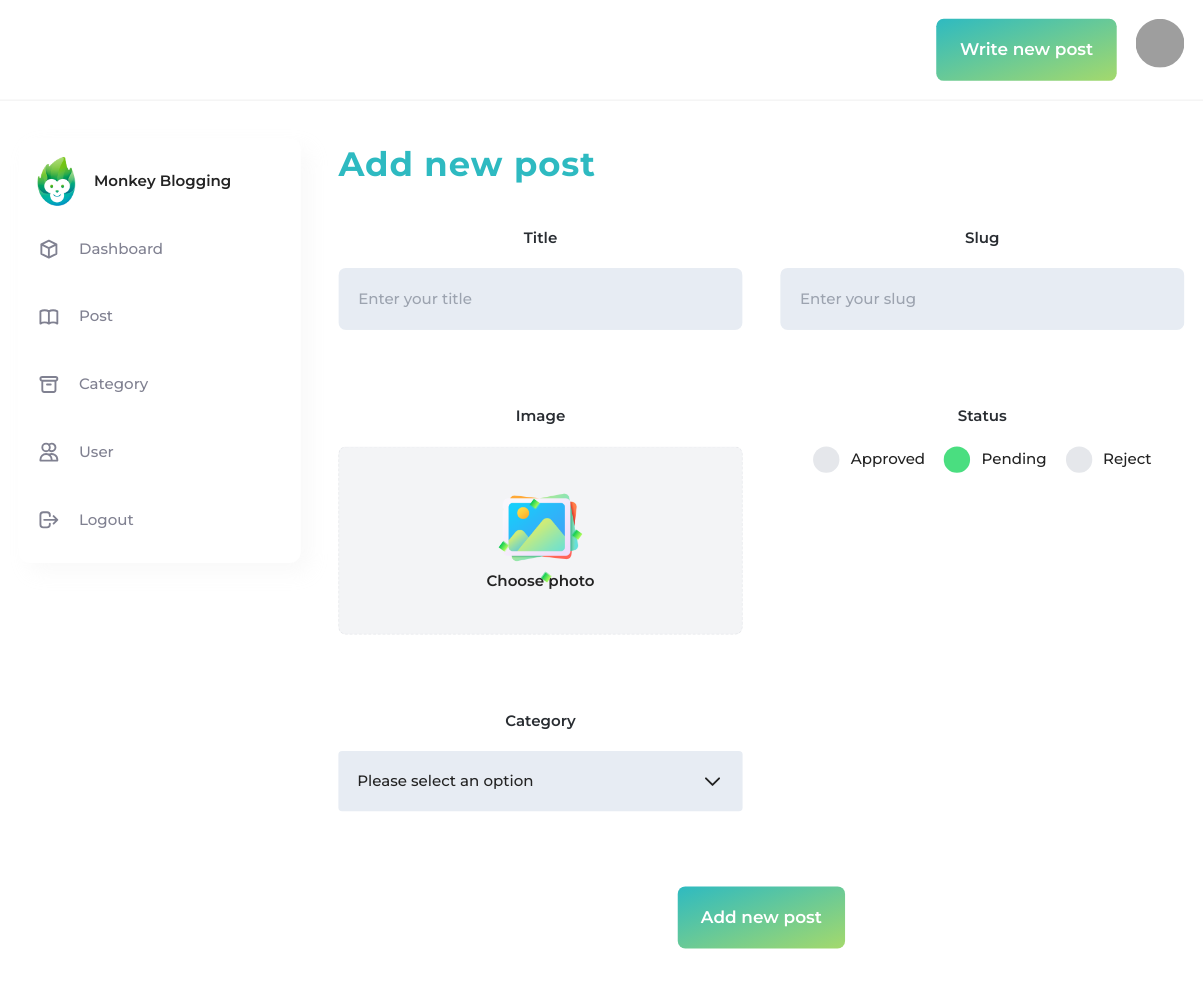
Repository: ThanhPhongsof/react-course-projects
Page: /manage/add-post (app in react-monkey-bloging/)
These files come from the project's save history. The page is drawn as it stood at one moment and after the next save; the edit follows.
The browser window is 1280 px wide. The pictures show the whole page, at 94% of full size.
Pictures or frames that could not be fetched are drawn as grey boxes. The project was rebuilt for these pictures with package versions that can differ from the ones it lists, and the page was loaded fresh each time. Also part of the build but not shown: react-monkey-bloging/src/page/AuthenticationPage.js, react-monkey-bloging/src/components/icon/IconEyeOpen.js, react-monkey-bloging/src/components/icon/IconEyeClose.js, react-monkey-bloging/src/components/icon/index.js, react-monkey-bloging/src/components/input/InputPasswordToggle.js, react-monkey-bloging/src/page/SignUpPage.js, react-monkey-bloging/src/page/SignInPage.js, react-monkey-bloging/src/components/layout/Header.js and 21 more. Imported but missing from the stored project, and not drawn on this page: react-monkey-bloging/src/components/loading/LoadingSpinner, react-monkey-bloging/src/module/post/PostMeta.

Above is the page before, as saved 2022-05-09 15:25:00.

### react-monkey-bloging/public/index.html
<!DOCTYPE html>
<html lang="en">
  <head>
    <meta charset="utf-8" />
    <link rel="icon" href="%PUBLIC_URL%/favicon.ico" />
    <meta name="viewport" content="width=device-width, initial-scale=1" />
    <meta name="theme-color" content="#000000" />
    <meta
      name="description"
      content="Web site created using create-react-app"
    />
    <link rel="apple-touch-icon" />

    <link rel="manifest" href="%PUBLIC_URL%/manifest.json" />
    <link rel="preconnect" href="https://fonts.googleapis.com" />
    <link rel="preconnect" href="https://fonts.gstatic.com" crossorigin />
    <link
      href="https://fonts.googleapis.com/css2?family=Montserrat:wght@400;500;600;700&display=swap"
      rel="stylesheet"
    />
    <title>Monkey Blogging App</title>
  </head>
  <body>
    <noscript>You need to enable JavaScript to run this app.</noscript>
    <div id="root"></div>
    <!--
      This HTML file is a template.
      If you open it directly in the browser, you will see an empty page.

      You can add webfonts, meta tags, or analytics to this file.
      The build step will place the bundled scripts into the <body> tag.

      To begin the development, run `npm start` or `yarn start`.
      To create a production bundle, use `npm run build` or `yarn build`.
    -->
  </body>
</html>

### react-monkey-bloging/src/index.js
import React from "react";
import "./styles/index.scss";
import App from "./App";
import reportWebVitals from "./reportWebVitals";
import { ThemeProvider } from "styled-components";
import { GlobalStyles } from "./styles/GlobalStyles";
import { theme } from "./utils/constants";
import { BrowserRouter } from "react-router-dom";
import { createRoot } from "react-dom/client";
import { ToastContainer } from "react-toastify";
import "react-toastify/dist/ReactToastify.css";
const container = document.getElementById("root");
const root = createRoot(container);

root.render(
  <React.StrictMode>
    <ThemeProvider theme={theme}>
      <GlobalStyles></GlobalStyles>
      <BrowserRouter>
        <App />
        <ToastContainer></ToastContainer>
      </BrowserRouter>
    </ThemeProvider>
  </React.StrictMode>
);

reportWebVitals();

### react-monkey-bloging/src/styles/index.scss
@tailwind base;
@tailwind components;
@tailwind utilities;
@import "reset";

@layer base {
  body {
    line-height: 1.5;
    // -webkit-font-smoothing: antialiased;
    -webkit-tap-highlight-color: rgba(0, 0, 0, 0);
    font-family: "Montserrat", sans-serif;
    font-size: 16px;
    color: #232323;
  }
}
.container {
  width: 100%;
  max-width: 1260px;
  margin: 0 auto;
  padding: 0 20px;
}
a {
  text-decoration: none;
  color: inherit;
}
.text-primary {
  color: #a4d96c;
}
.grid-layout {
  display: grid;
  grid-auto-columns: 235px;
  gap: 20px;
  -ms-overflow-style: none;
  scrollbar-width: none;
  &::-webkit-scrollbar {
    display: none;
  }
  @media screen and (min-width: 1024px) {
    grid-template-columns: repeat(3, minmax(0, 1fr));
    gap: 40px;
  }
  @media screen and (max-width: 1023.98px) {
    grid-auto-flow: column;
    scroll-snap-type: x mandatory;
    overflow-x: auto;
  }
  & > * {
    scroll-snap-align: start;
  }
  &--primary {
    grid-auto-columns: 220px;
    @media screen and (min-width: 1024px) {
      grid-template-columns: repeat(4, minmax(0, 1fr));
    }
  }
}
.home-block {
  padding-bottom: 40px;
  @media screen and (min-width: 1024px) {
    padding-bottom: 60px;
  }
}
.entry-content {
  font-size: 16px;
  h2,
  h3,
  h4 {
    font-weight: bold;
    margin-bottom: 20px;
  }
  h2 {
    font-size: 32px;
  }
  h3 {
    font-size: 26px;
  }
  h4 {
    font-size: 22px;
  }
  p {
    margin-bottom: 20px;
    line-height: 2;
  }
  figure {
    margin-bottom: 20px;
  }
  figure img {
    border-radius: 20px;
    margin-bottom: 10px;
  }
  figcaption {
    text-align: center;
    font-style: italic;
    font-size: 14px;
    color: #6b6b6b;
  }
  @media screen and (max-width: 1023.98px) {
    font-size: 14px;
    h2 {
      font-size: 26px;
    }
    h3 {
      font-size: 24px;
    }
    h4 {
      font-size: 20px;
    }
  }
}
.hidden-input {
  border: 0;
  clip: rect(0 0 0 0);
  height: 1px;
  margin: -1px;
  overflow: hidden;
  padding: 0;
  position: absolute;
  width: 1px;
  white-space: nowrap;
}

@keyframes spin {
  from {
    transform: rotate(0deg);
  }
  to {
    transform: rotate(360deg);
  }
}

### react-monkey-bloging/src/App.js
import { Route, Routes } from "react-router-dom";
import { AuthProvider } from "./contexts/auth-context";
import SignUpPage from "./page/SignUpPage";
import SignInPage from "page/SignInPage";
import HomePage from "page/HomePage";
import NotFoundPage from "page/NotFoundPage";
import PostDetailsPage from "page/PostDetailsPage";
import DashboardLayout from "module/dashboard/DashboardLayout";
import DashboardPage from "page/DashboardPage";
import PostManage from "module/post/PostManage";
import PostAddNew from "module/post/PostAddNew";

const App = () => {
  return (
    <div>
      <AuthProvider>
        <Routes>
          <Route path="/" element={<HomePage></HomePage>}></Route>
          <Route path="/sign-up" element={<SignUpPage></SignUpPage>}></Route>
          <Route path="/sign-in" element={<SignInPage></SignInPage>}></Route>
          <Route path="*" element={<NotFoundPage></NotFoundPage>}></Route>
          <Route
            path="/:slug"
            element={<PostDetailsPage></PostDetailsPage>}
          ></Route>
          <Route element={<DashboardLayout></DashboardLayout>}>
            <Route
              path="/dashboard"
              element={<DashboardPage></DashboardPage>}
            ></Route>
            <Route
              path="/manage/post"
              element={<PostManage></PostManage>}
            ></Route>
            <Route
              path="/manage/add-post"
              element={<PostAddNew></PostAddNew>}
            ></Route>
          </Route>
        </Routes>
      </AuthProvider>
    </div>
  );
};

export default App;

### react-monkey-bloging/src/utils/constants.js
export const theme = {
  primary: "#2EBAC1",
  secondary: "#A4D96C",
  grayDark: "#292D32",
  grayLight: "#E7ECF3",
  grayScale: "#6B6B6B",
  tertiary: "#3A1097",
  accent: "#00D1ED",
  purpleLight: "#F3EDFF",
  gray23: "#232323",
  gray80: "#808191",
};

export const postStatus = {
  APPROVED: 1,
  PENDING: 2,
  REJECTED: 3,
};

### react-monkey-bloging/src/styles/_reset.scss
* {
  margin: 0;
  padding: 0;
}
img,
picture,
video,
canvas,
svg {
  display: block;
  max-width: 100%;
}
input,
button,
textarea,
select {
  font: inherit;
  outline: none;
  border: none;
}
p,
h1,
h2,
h3,
h4,
h5,
h6 {
  overflow-wrap: break-word;
}

### react-monkey-bloging/src/contexts/auth-context.js
import { auth } from "firebase-app/firebase-config";
import { onAuthStateChanged } from "firebase/auth";
import { createContext, useContext, useEffect, useState } from "react";

const AuthContext = createContext();

const AuthProvider = (props) => {
  const [userInfo, setUserInfo] = useState({});
  const value = { userInfo, setUserInfo };
  useEffect(() => {
    onAuthStateChanged(auth, (user) => {
      setUserInfo(user);
    });
  }, []);
  return <AuthContext.Provider {...props} value={value}></AuthContext.Provider>;
};

const useAuth = () => {
  const context = useContext(AuthContext);
  if (typeof context === "undefined")
    throw new Error("useAuth must be used within AuthProvider");
  return context;
};

export { useAuth, AuthProvider };

### react-monkey-bloging/src/module/dashboard/DashboardLayout.js
import React from "react";
import { Outlet } from "react-router-dom";
import styled from "styled-components";
import DashboardHeader from "./DashboardHeader";
import Sidebar from "./Sidebar";

const DashboardLayoutStyles = styled.div`
  max-width: 1600px;
  margin: 0 auto;
  .dashboard {
    &-heading {
      font-weight: bold;
      font-size: 36px;
      margin-bottom: 40px;
      color: ${(props) => props.theme.primary};
      letter-spacing: 1px;
    }
    &-main {
      display: grid;
      grid-template-columns: 300px minmax(0, 1fr);
      padding: 40px 20px;
      gap: 0 40px;
      align-items: start;
    }
  }
`;

const DashboardLayout = () => {
  return (
    <DashboardLayoutStyles>
      <DashboardHeader></DashboardHeader>
      <div className="dashboard-main">
        <Sidebar></Sidebar>
        <div className="dashboard-children">
          <Outlet></Outlet>
        </div>
      </div>
    </DashboardLayoutStyles>
  );
};

export default DashboardLayout;

### react-monkey-bloging/src/firebase-app/firebase-config.js
import { initializeApp } from "firebase/app";
import { getFirestore } from "firebase/firestore";
import { getAuth } from "firebase/auth";
const firebaseConfig = {
  apiKey: "AIzaSyAdpQ4sW6LhnaANOQOgJJZImO0FWC0Ar70",
  authDomain: "monkey-blogging-da39c.firebaseapp.com",
  projectId: "monkey-blogging-da39c",
  storageBucket: "monkey-blogging-da39c.appspot.com",
  messagingSenderId: "1089989654619",
  appId: "1:1089989654619:web:f211b6c6805ab03926a77e",
};

// Initialize Firebase
const app = initializeApp(firebaseConfig);
export const db = getFirestore(app);
export const auth = getAuth(app);

### react-monkey-bloging/src/components/label/index.js
import Label from "./Label";
export { Label };

### react-monkey-bloging/src/components/input/index.js
import Input from "./Input";
export { Input };

### react-monkey-bloging/src/components/field/index.js
import Field from "./Field";
export { Field };

### react-monkey-bloging/src/module/dashboard/DashboardHeader.js
import { Button } from "components/button";
import React from "react";
import styled from "styled-components";

const DashboardHeaderStyles = styled.div`
  background-color: white;
  padding: 20px;
  border-bottom: 1px solid #eee;
  display: flex;
  justify-content: flex-end;
  gap: 20px;
  .header-avatar {
    width: 52px;
    height: 52px;
    img {
      width: 100%;
      height: 100%;
      object-fit: cover;
      border-radius: 100rem;
    }
  }
`;

const DashboardHeader = () => {
  return (
    <DashboardHeaderStyles>
      <Button type="button" to="/dashboard" className="header-button">
        Write new post
      </Button>
      <div className="header-avatar">
        <img
          src="https://images.unsplash.com/photo-1568602471122-7832951cc4c5?ixlib=rb-1.2.1&ixid=MnwxMjA3fDB8MHxwaG90by1wYWdlfHx8fGVufDB8fHx8&auto=format&fit=crop&w=3270&q=80"
          alt="avatar"
        />
      </div>
    </DashboardHeaderStyles>
  );
};

export default DashboardHeader;

### react-monkey-bloging/src/components/checkbox/index.js
import Checkbox from "./Checkbox";
import Radio from "./Radio";

export { Checkbox, Radio };

### react-monkey-bloging/src/components/dropdown/index.js
import Dropdown from "./Dropdown";
import Option from "./Option";
import Search from "./Search";

Dropdown.Option = Option;
Dropdown.Search = Search;

export { Dropdown };

### react-monkey-bloging/src/components/image/ImageUpload.js
import React, { Fragment } from "react";
import styled, { keyframes } from "styled-components";

const ImageUploadStyles = styled.label`
  display: flex;
  align-items: center;
  justify-content: center;
  background-color: rgb(243 244 246);
  border-width: 1px;
  border-style: dashed;
  width: 100%;
  min-height: 200px;
  position: relative;
  overflow: hidden;
  border-radius: 8px;
  cursor: pointer;
  &:hover .image-icon-delete {
    opacity: 1;
    visibility: visible;
  }
  .image {
    &-display {
      display: flex;
      flex-direction: column;
      align-items: center;
      text-align: center;
      pointer-events: none;
    }
    &-show {
      width: 100%;
      height: 100%;
      object-fit: cover;
    }
    &-icon-delete {
      display: flex;
      align-items: center;
      justify-content: center;
      position: absolute;
      z-index: 10;
      width: 56px;
      height: 56px;
      border-radius: 9999px;
      cursor: pointer;
      background-color: rgb(255 255 255 / 1);
      color: rgb(239 68 68);
      opacity: 0;
      visibility: hidden;
      transition-property: all;
      transition-timing-function: cubic-bezier(0.4, 0, 0.2, 1);
      transition-duration: 150ms;
    }
    &-loading {
      width: 64px;
      height: 64px;
      border-width: 8px;
      /* border-color: rgb(34, 197, 94); */
      border-style: solid;
      border-image: linear-gradient(to left, #00c853, #b2ff59);
      /* linear-gradient(
        to right bottom,
        ${(props) => props.theme.primary},
        ${(props) => props.theme.secondary}
      ); */
      border-top-color: transparent;
      position: absolute;
      z-index: 10;
      border-radius: 9999px;
      animation: spin 1s linear infinite;
    }
    &-none {
      max-width: 80px;
      margin-bottom: 5px;
    }
    &-choose {
      font-weight: 600;
    }
    &-overlay {
      position: absolute;
      height: 2px;
      background-color: rgb(74, 222, 128);
      left: 0;
      bottom: 0;
      transition-property: all;
      transition-timing-function: cubic-bezier(0.4, 0, 0.2, 1);
      transition-duration: 150ms;
    }
  }
  @keyframes spin {
    from {
      transform: rotate(0deg);
    }
    to {
      transform: rotate(360deg);
    }
  }
`;

const ImageUpload = ({
  name,
  className,
  progress = 0,
  image,
  handleDeleteImage = () => {},
  ...rest
}) => {
  return (
    <ImageUploadStyles className={className}>
      <input
        type="file"
        name={name}
        className="hidden-input"
        onChange={() => {}}
        {...rest}
      />
      {/* {progress !== 0 && !image && <div className="image-loading"></div>} */}
      <div className="image-loading"></div>
      {image ? (
        <Fragment>
          <img src={image} className="image-show" alt="" />
          <button
            type="button"
            className="image-icon-delete"
            onClick={handleDeleteImage}
          >
            <svg
              xmlns="http://www.w3.org/2000/svg"
              className="w-6 h-6"
              fill="none"
              viewBox="0 0 24 24"
              stroke="currentColor"
              strokeWidth={2}
            >
              <path
                strokeLinecap="round"
                strokeLinejoin="round"
                d="M19 7l-.867 12.142A2 2 0 0116.138 21H7.862a2 2 0 01-1.995-1.858L5 7m5 4v6m4-6v6m1-10V4a1 1 0 00-1-1h-4a1 1 0 00-1 1v3M4 7h16"
              />
            </svg>
          </button>
        </Fragment>
      ) : (
        <div className="image-display">
          <img src="/img-upload.png" alt="upload-img" className="image-none" />
          <p className="image-choose">Choose photo</p>
        </div>
      )}
      {!image && (
        <div
          className="image-overlay image-upload-progress"
          style={{ width: `${Math.ceil(progress)}%` }}
        ></div>
      )}
    </ImageUploadStyles>
  );
};

export default ImageUpload;

### react-monkey-bloging/src/components/label/Label.js
import React from "react";
import styled from "styled-components";

const LabelStyles = styled.label`
  color: ${(props) => props.theme.grayDark};
  font-weight: 600;
  cursor: pointer;
`;

const Label = ({ htmlFor = "", children, ...props }) => {
  return (
    <LabelStyles htmlFor={htmlFor} {...props}>
      {children}
    </LabelStyles>
  );
};

export default Label;

### react-monkey-bloging/src/components/input/Input.js
import React from "react";
import styled from "styled-components";
import { useController } from "react-hook-form";

const InputStyles = styled.div`
  position: relative;
  width: 100%;
  input {
    width: 100%;
    padding: ${(props) => (props.hasIcon ? "20px 60px 20px 20px" : "20px")};
    background-color: ${(props) => props.theme.grayLight};
    border-radius: 8px;
    font-weight: 500;
    transition: all 0.2s linear;
    border: 1px solid transparent;
  }
  input:focus {
    background-color: white;
    border-color: ${(props) => props.theme.primary};
  }
  input:-webkit-input-placeholder {
    color: #84878b;
    font-weight: 500;
    transition: all 0.2s linear;
  }
  input::-moz-input-placeholder {
    color: #84878b;
  }
  .input-icon {
    position: absolute;
    right: 20px;
    top: 50%;
    transform: translateY(-50%);
    cursor: pointer;
  }
`;

const Input = ({ name = "", type = "text", children, control, ...props }) => {
  const { field } = useController({ control, name, defaultValue: "" });

  return (
    <InputStyles hasIcon={children ? true : false}>
      <input id={name} type={type} {...props} {...field} />
      {children ? <div className="input-icon">{children}</div> : null}
    </InputStyles>
  );
};

export default Input;

### react-monkey-bloging/src/components/Field/Field.js
import React from "react";
import styled from "styled-components";

const FieldStyles = styled.div`
  display: flex;
  flex-direction: column;
  align-items: center;
  row-gap: 20px;
  margin-bottom: 40px;
  &:last-child {
    margin-bottom: 0;
  }
`;

const Field = ({ children }) => {
  return <FieldStyles>{children}</FieldStyles>;
};

export default Field;

### react-monkey-bloging/src/components/checkbox/Radio.js
import React from "react";
import { useController } from "react-hook-form";

const Radio = ({ checked, children, control, name, ...rest }) => {
  const { field } = useController({ control, name, defaultValue: "" });
  return (
    <label>
      <input
        type="radio"
        className="hidden-input"
        checked={checked}
        onChange={() => {}}
        {...field}
        {...rest}
      />
      <div className="flex items-center font-medium cursor-pointer gap-x-3">
        <div
          className={`w-7 h-7 rounded-full ${
            checked ? "bg-green-400" : "bg-gray-200"
          }`}
        ></div>
        <span>{children}</span>
      </div>
    </label>
  );
};

export default Radio;

### react-monkey-bloging/src/components/dropdown/Dropdown.js
import { DropdonwProvider } from "contexts/dropdown-context";
import React, { useState } from "react";
const Dropdown = ({
  placeholder = "Please select an option",
  children,
  ...props
}) => {
  const [show, setShow] = useState(false);
  const handleToggleDropdown = () => {
    setShow(!show);
  };

  return (
    <DropdonwProvider {...props}>
      <div className="relative inline-block w-full">
        <div
          className="flex items-center justify-between p-5 rounded cursor-pointer bg-[#E7ECF3] font-medium"
          onClick={handleToggleDropdown}
        >
          <span>{placeholder}</span>
          <span>
            {show ? (
              <svg
                xmlns="http://www.w3.org/2000/svg"
                className="w-6 h-6"
                fill="none"
                viewBox="0 0 24 24"
                stroke="currentColor"
                strokeWidth="2"
              >
                <path
                  strokeLinecap="round"
                  strokeLinejoin="round"
                  d="M5 15l7-7 7 7"
                />
              </svg>
            ) : (
              <svg
                xmlns="http://www.w3.org/2000/svg"
                className="w-6 h-6"
                fill="none"
                viewBox="0 0 24 24"
                stroke="currentColor"
                strokeWidth="2"
              >
                <path
                  strokeLinecap="round"
                  strokeLinejoin="round"
                  d="M19 9l-7 7-7-7"
                />
              </svg>
            )}
          </span>
        </div>
        {show && (
          <div className="absolute left-0 w-full bg-white shadow-sm top-full">
            {children}
          </div>
        )}
      </div>
    </DropdonwProvider>
  );
};

export default Dropdown;

### react-monkey-bloging/src/components/loading/index.js
import LoadingSpinner from "./LoadingSpinner";

export { LoadingSpinner };

### react-monkey-bloging/src/contexts/dropdown-context.js
const { createContext, useContext } = require("react");

const DropdonwContext = createContext();
const DropdonwProvider = (props) => {
  return (
    <DropdonwContext.Provider value={props}>
      {props.children}
    </DropdonwContext.Provider>
  );
};

const useDropdown = () => {
  const context = useContext(DropdonwContext);
  if (typeof context === "undefined")
    throw new Error("useDropdown must be used within DropdownProvider");
  return context;
};

export { useDropdown, DropdonwProvider };

Loaded but not shown: react-monkey-bloging/src/reportWebVitals.js (common file); react-monkey-bloging/src/styles/GlobalStyles.js (common file); react-monkey-bloging/src/styles/GlobalClasses.js (common file); react-monkey-bloging/src/components/button/index.js (common file); react-monkey-bloging/tailwind.config.js (common file); react-monkey-bloging/src/module/post/PostAddNew.js (188 lines, source omitted); react-monkey-bloging/src/module/dashboard/Sidebar.js (159 lines, source omitted); react-monkey-bloging/src/components/button/Button.js (80 lines, source omitted)

After the next save:
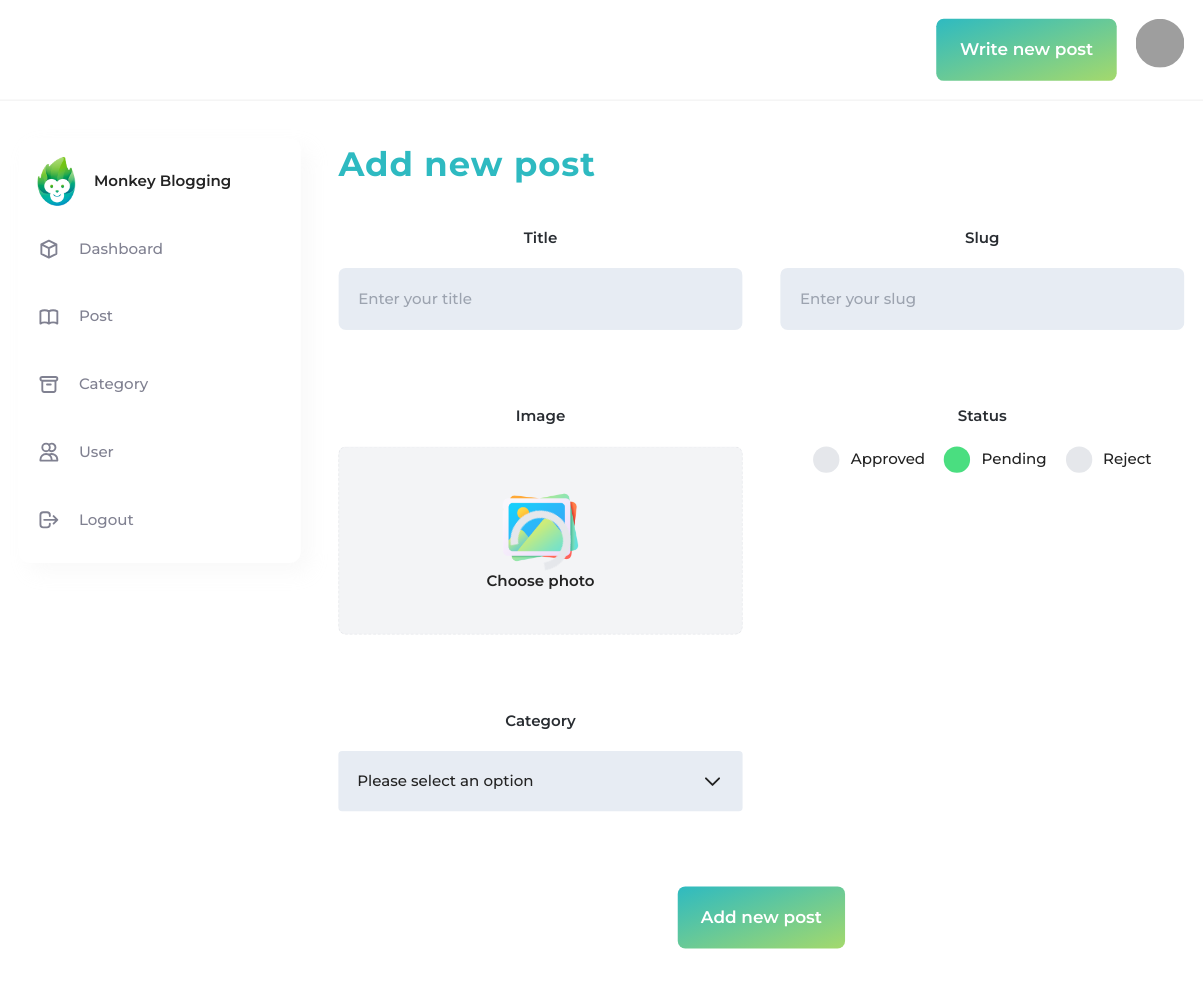
Saved 35 s later.
--- a/react-monkey-bloging/src/components/image/ImageUpload.js
+++ b/react-monkey-bloging/src/components/image/ImageUpload.js
@@ -55,7 +55,7 @@ const ImageUploadStyles = styled.label`
       border-width: 8px;
       /* border-color: rgb(34, 197, 94); */
       border-style: solid;
-      border-image: linear-gradient(to left, #00c853, #b2ff59);
+      border-color: linear-gradient(to left, #00c853, #b2ff59);
       /* linear-gradient(
         to right bottom,
         ${(props) => props.theme.primary},
